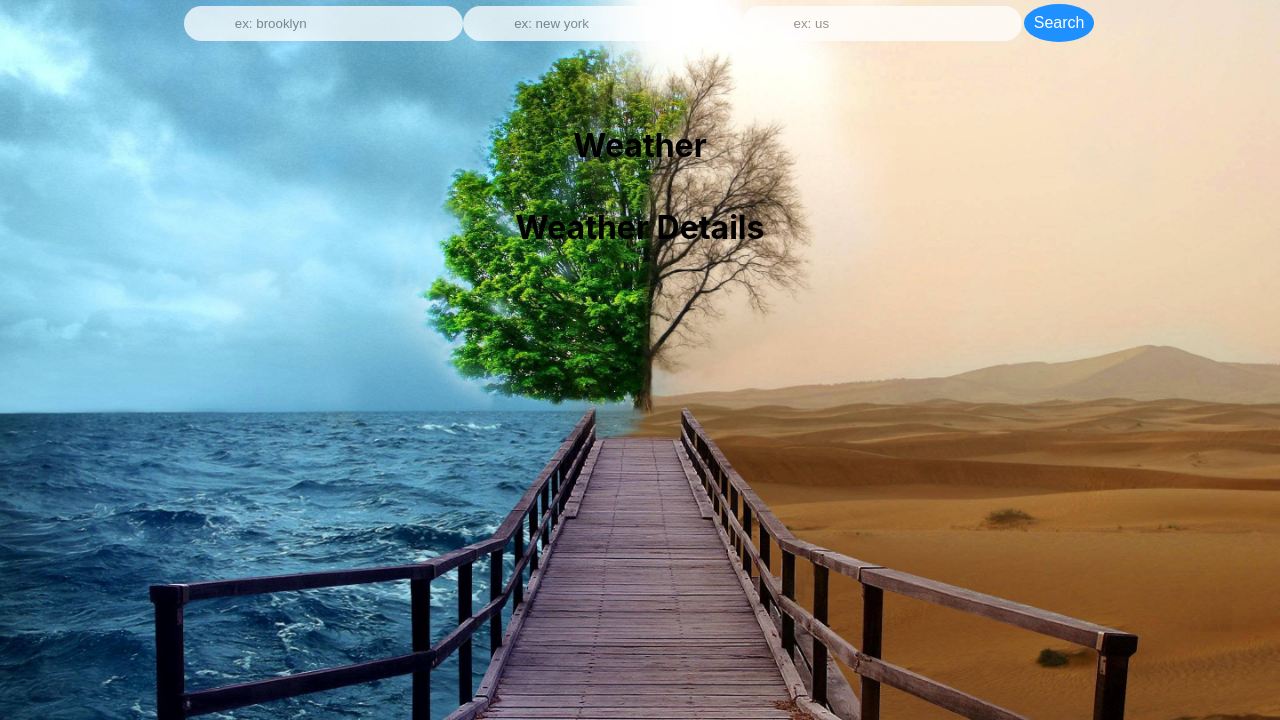
Repository: Mohsin231/Weather_App
Page: /
An editor plug-in stored every save of this project. The page is shown before and after the next save, followed by the edit.
The browser window is 1280 px wide. The pictures show the whole page.
The project was rebuilt for these pictures with package versions that can differ from the ones it lists, and the page was loaded fresh each time.

Above is the page before, as saved 2021-01-25 04:27:35.

After the next save:
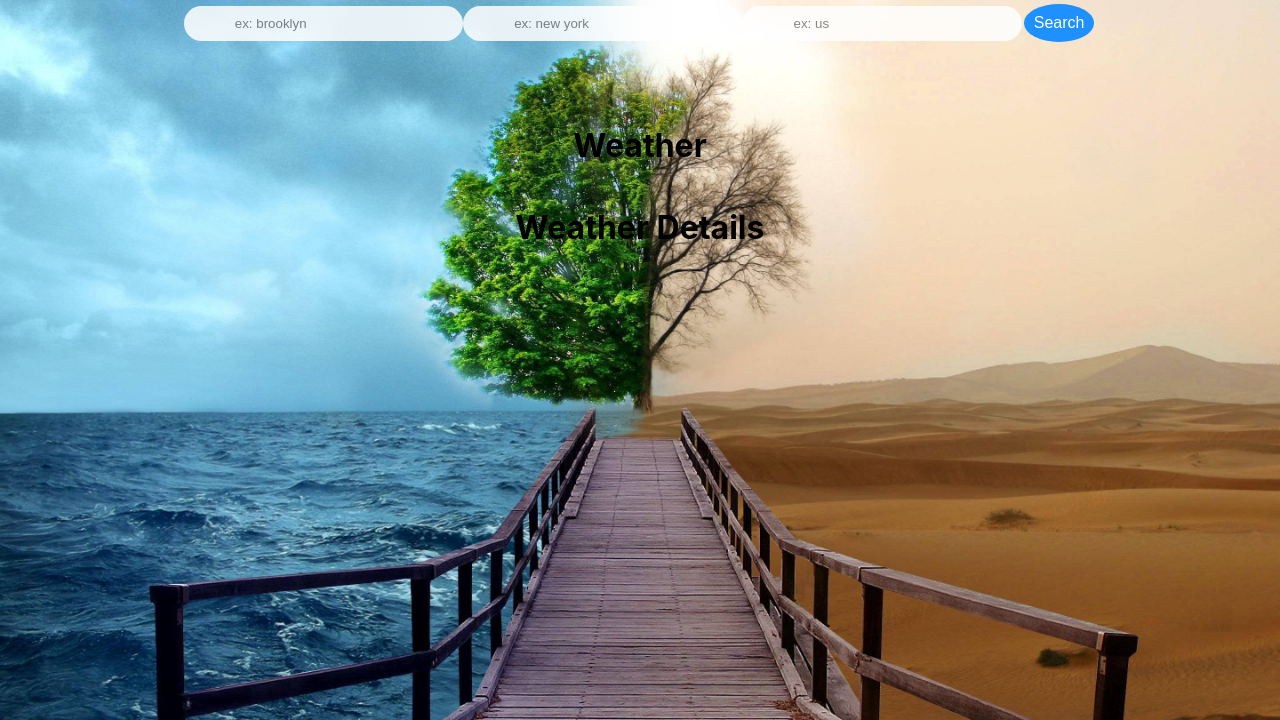
Saved 18 s later.
--- a/src/SearchForm.css
+++ b/src/SearchForm.css
@@ -4,7 +4,7 @@
     border-radius: 20px;
     border: none;
     margin-bottom: 5%;
-    opacity: 0.75;
+    opacity: 0.85;
 
 }
 .button {
